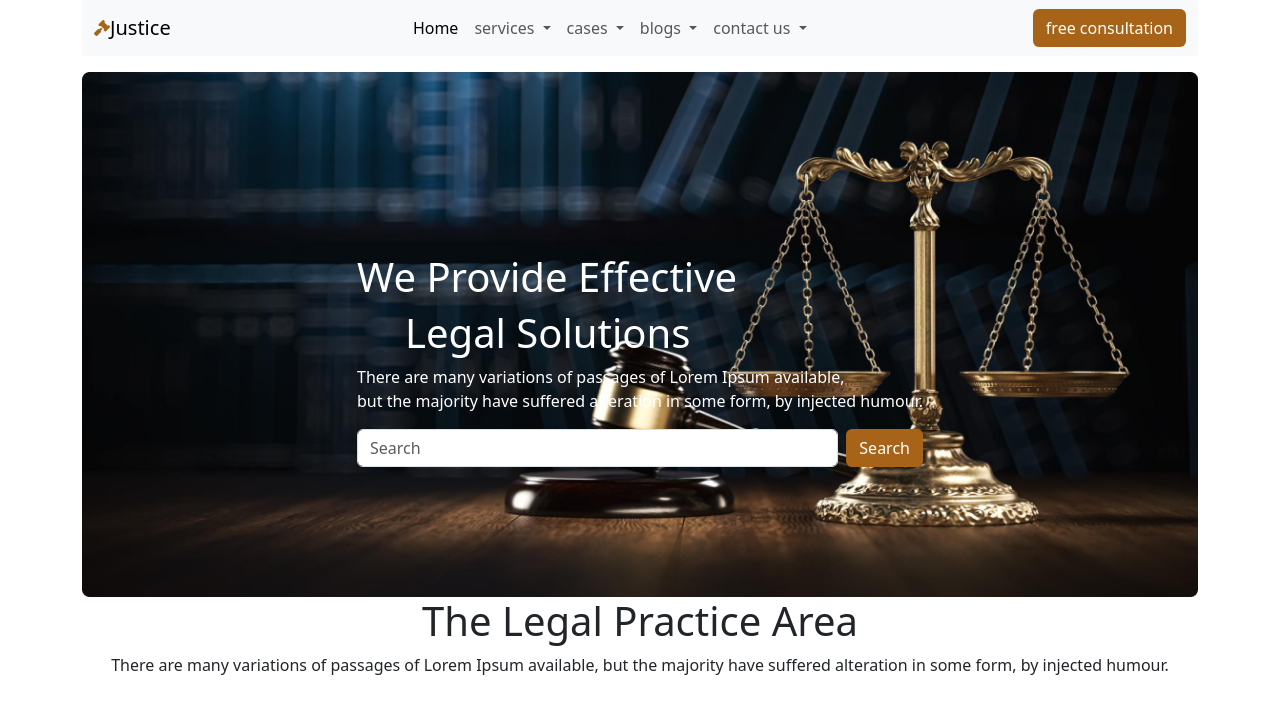
Repository: sadiaafsana138/justice
Page: index.html
These files come from the project's save history. The page is drawn as it stood at one moment and after the next save; the edit follows.
The browser window is 1280 px wide. The pictures show the whole page.
Some web libraries are served in a nearby version.

Above is the page before, as saved 2023-01-25 18:47:55.

### index.html
<!DOCTYPE html>
<html lang="en">

<head>
    <meta charset="UTF-8">
    <meta http-equiv="X-UA-Compatible" content="IE=edge">
    <meta name="viewport" content="width=device-width, initial-scale=1.0">
    <title>
        Justice
    </title>
    <link href="https://cdn.jsdelivr.net/npm/bootstrap@5.3.0-alpha1/dist/css/bootstrap.min.css" rel="stylesheet"
        integrity="sha384-GLhlTQ8iRABdZLl6O3oVMWSktQOp6b7In1Zl3/Jr59b6EGGoI1aFkw7cmDA6j6gD" crossorigin="anonymous">
    <script src="https://kit.fontawesome.com/9557e238b6.js" crossorigin="anonymous"></script>
    <link rel="stylesheet" href="css/Styles.css">
</head>

<body>

    <header class="container-lg">
        <nav class="navbar navbar-expand-lg bg-body-tertiary">
            <div class="container-fluid d-flex">
                <!--JUSTICE ICON-->
                <i class="fa-solid fa-gavel primary-color"></i>
                <!--NAVBAR HEADING-->
                <a class="navbar-brand" href="#">Justice</a>
                <button class="navbar-toggler" type="button" data-bs-toggle="collapse"
                    data-bs-target="#navbarSupportedContent" aria-controls="navbarSupportedContent"
                    aria-expanded="false" aria-label="Toggle navigation">
                    <span class="navbar-toggler-icon"></span>
                </button>
                <!--NAVBAR ITEMS-->
                <div class="collapse navbar-collapse d-flex justify-content-center" id="navbarSupportedContent">
                    <ul class="navbar-nav mb-2 mb-lg-0 nav justify-content-center">
                        <li class="nav-item">
                            <a class="nav-link active" aria-current="page" href="#">Home</a>
                        </li>
                        <li class="nav-item dropdown">
                            <a class="nav-link dropdown-toggle" href="#" role="button" data-bs-toggle="dropdown"
                                aria-expanded="false">
                                services
                            </a>
                            <ul class="dropdown-menu">
                                <li><a class="dropdown-item" href="#">ITEMS</a></li>
                            </ul>
                        </li>
                        <li class="nav-item dropdown">
                            <a class="nav-link dropdown-toggle" href="#" role="button" data-bs-toggle="dropdown"
                                aria-expanded="false">
                                cases
                            </a>
                            <ul class="dropdown-menu">
                                <li><a class="dropdown-item" href="#">ITEMS</a></li>
                            </ul>
                        </li>
                        <li class="nav-item dropdown">
                            <a class="nav-link dropdown-toggle" href="#" role="button" data-bs-toggle="dropdown"
                                aria-expanded="false">
                                blogs
                            </a>
                            <ul class="dropdown-menu">
                                <li><a class="dropdown-item" href="#">ITEMS</a></li>
                            </ul>
                        </li>
                        <li class="nav-item dropdown">
                            <a class="nav-link dropdown-toggle" href="#" role="button" data-bs-toggle="dropdown"
                                aria-expanded="false">
                                contact us
                            </a>
                            <ul class="dropdown-menu">
                                <li><a class="dropdown-item" href="#">ITEMS</a></li>
                            </ul>
                        </li>



                </div>
                <!--navbar button-->
                <div>
                    <button class="btn Btn-primary-color text-primary-color1 navbar-btn collapse navbar-collapse"
                        data-bs-toggle="modal" data-bs-target="#myModal" type="submit">free consultation</button>
                    <!-- Modal -->
                    <div class="modal" id="myModal">
                        <div class="modal-dialog">
                            <div class="modal-content">

                                <!-- Modal Header -->
                                <div class="modal-header">
                                    <h4 class="modal-title">Contact us</h4>
                                    <button type="button" class="btn-close" data-bs-dismiss="modal"></button>
                                </div>

                                <!-- Modal body -->
                                <div class="modal-body">
                                    abcd@gmail.com
                                </div>

                                <!-- Modal footer -->
                                <div class="modal-footer">
                                    <button type="button" class="btn btn-danger" data-bs-dismiss="modal">Done</button>
                                </div>

                            </div>

                        </div>

        </nav>
    </header>
    <main class="container-lg">
        <!--section 1-->
        <section class="mt-3">
            <div >

                <div class="banner-text text-primary-color1">
                    <h1>We Provide Effective </h1>
                    <H1 class="ps-5">Legal Solutions</H1>
                    <p class="align-items-center">There are many variations of passages of Lorem Ipsum available,<br>but
                        the majority have suffered alteration in some form, by injected humour.</p>
                    <form class="d-flex" role="search">
                        <input class="form-control me-2" type="search" placeholder="Search" aria-label="Search">
                        <button class="btn Btn-primary-color text-primary-color1" type="submit">Search</button>
                    </form>
                </div>
                <img class="img-fluid" src="images/banner.png" alt="">
            </div>

        </section>
        <!--section 2-->
        <section>
             <div>
                <h1 class="text-center">The Legal Practice Area</h1>
                <p class="text-center">There are many variations of passages of Lorem Ipsum available, but the majority have suffered alteration in some form, by injected humour.</p>
                <div>

                </div>
             </div>
        </section>

    </main>
    <footer>

    </footer>

    <script src="https://cdn.jsdelivr.net/npm/bootstrap@5.3.0-alpha1/dist/js/bootstrap.bundle.min.js"
        integrity="sha384-w76AqPfDkMBDXo30jS1Sgez6pr3x5MlQ1ZAGC+nuZB+EYdgRZgiwxhTBTkF7CXvN"
        crossorigin="anonymous"></script>

</body>

</html>

### css/Styles.css
.primary-color{
    color: rgb(167, 100, 25);
}
.Btn-primary-color{
    background : rgb(167, 100, 25);;
}
.text-primary-color1{
    color: white;
}
.navbar-btn{
    margin-left: 00px;
}
.banner-text{

        position:absolute;
        top: 50%;
        left: 50%;
        transform: translate(-50%, -50%);

}

After the next save:
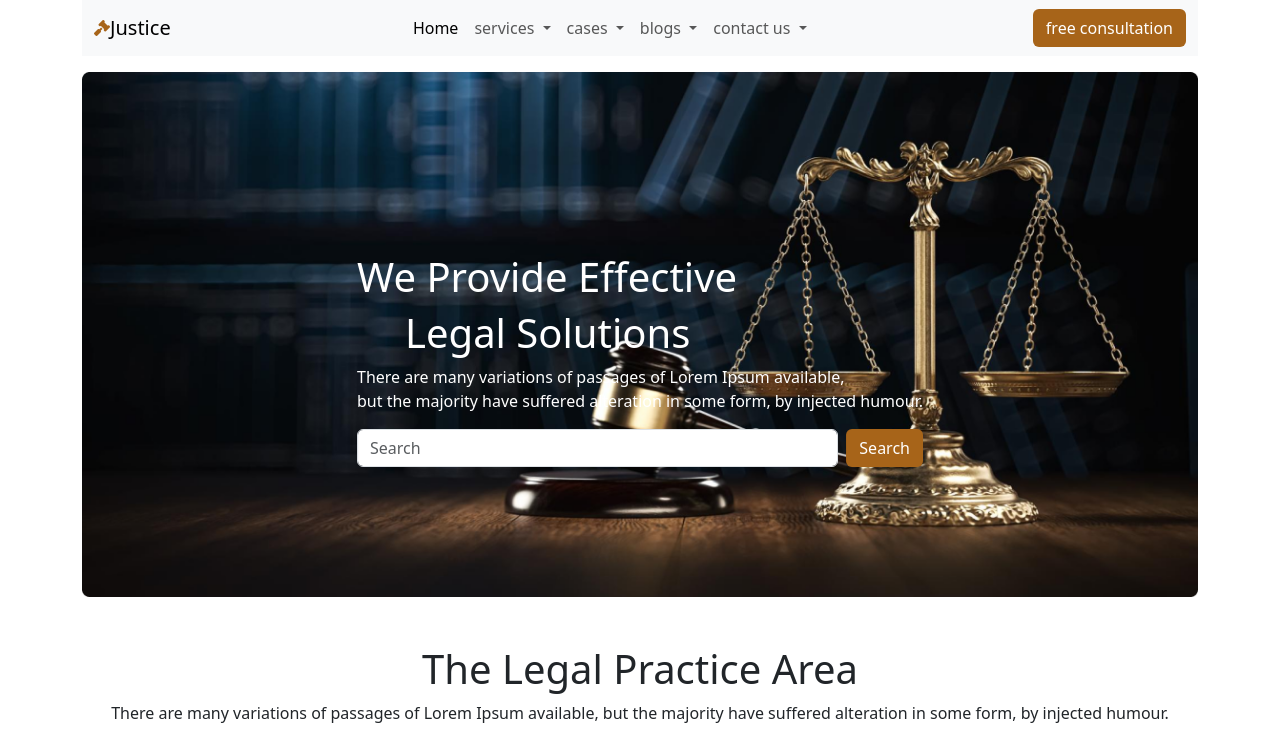
Saved 66 s later.
--- a/index.html
+++ b/index.html
@@ -125,7 +125,7 @@
 
         </section>
         <!--section 2-->
-        <section>
+        <section class="mt-5">
              <div>
                 <h1 class="text-center">The Legal Practice Area</h1>
                 <p class="text-center">There are many variations of passages of Lorem Ipsum available, but the majority have suffered alteration in some form, by injected humour.</p>
